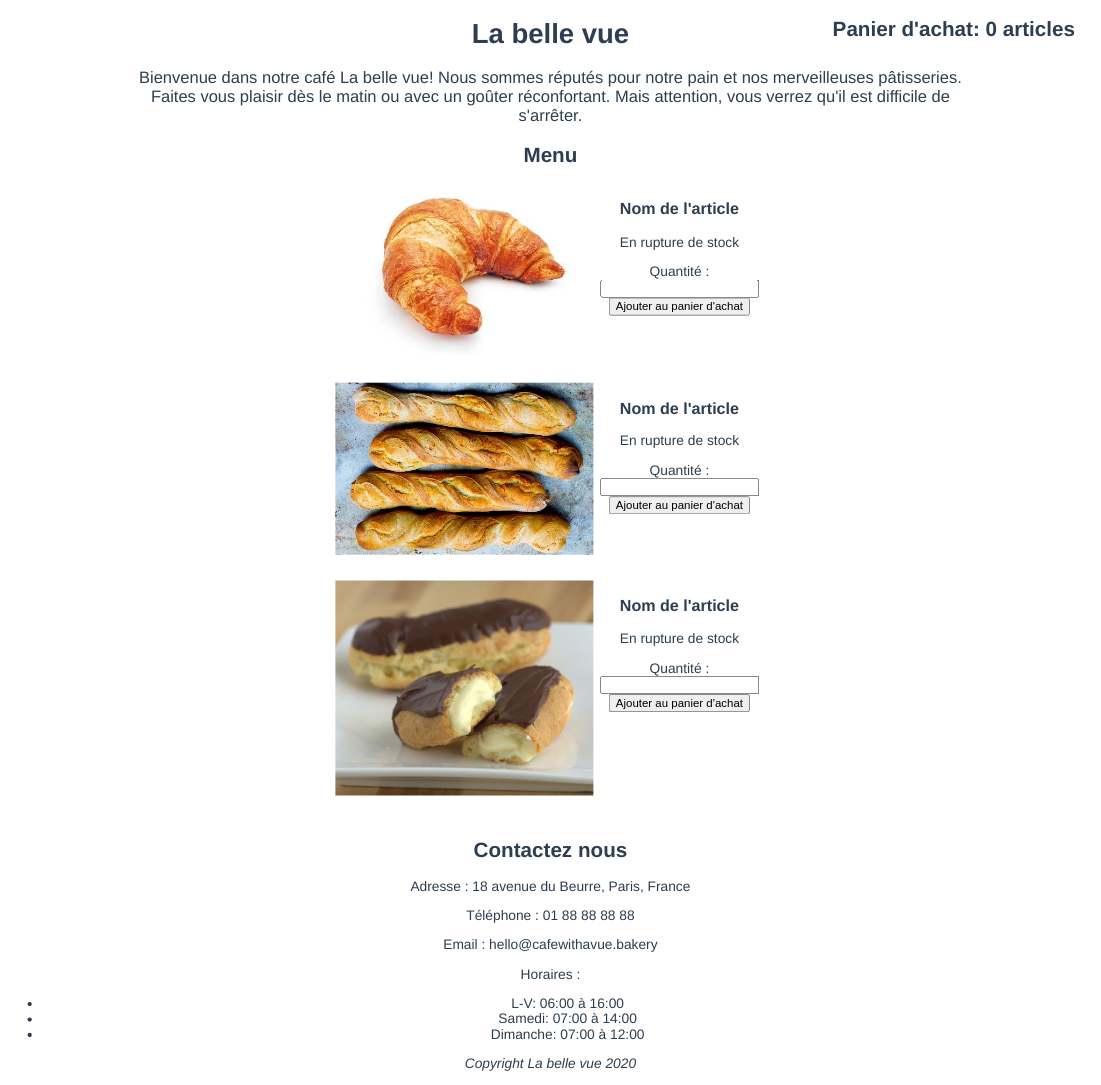
Repository: arione15/OC-tuto_cafe-avec-vue_Vue.js
Page: Partie 1 Créez votre première app Vue.js/Vue-fr-P1C4-Begin/cafe-with-a-vue/index.html
An editor plug-in stored every save of this project. The page is shown before and after the next save, followed by the edit.
The browser window is 1280 px wide. The pictures show the whole page, at 86% of full size.

Above is the page before, as saved 2021-09-06 16:21:16.

After the next save:
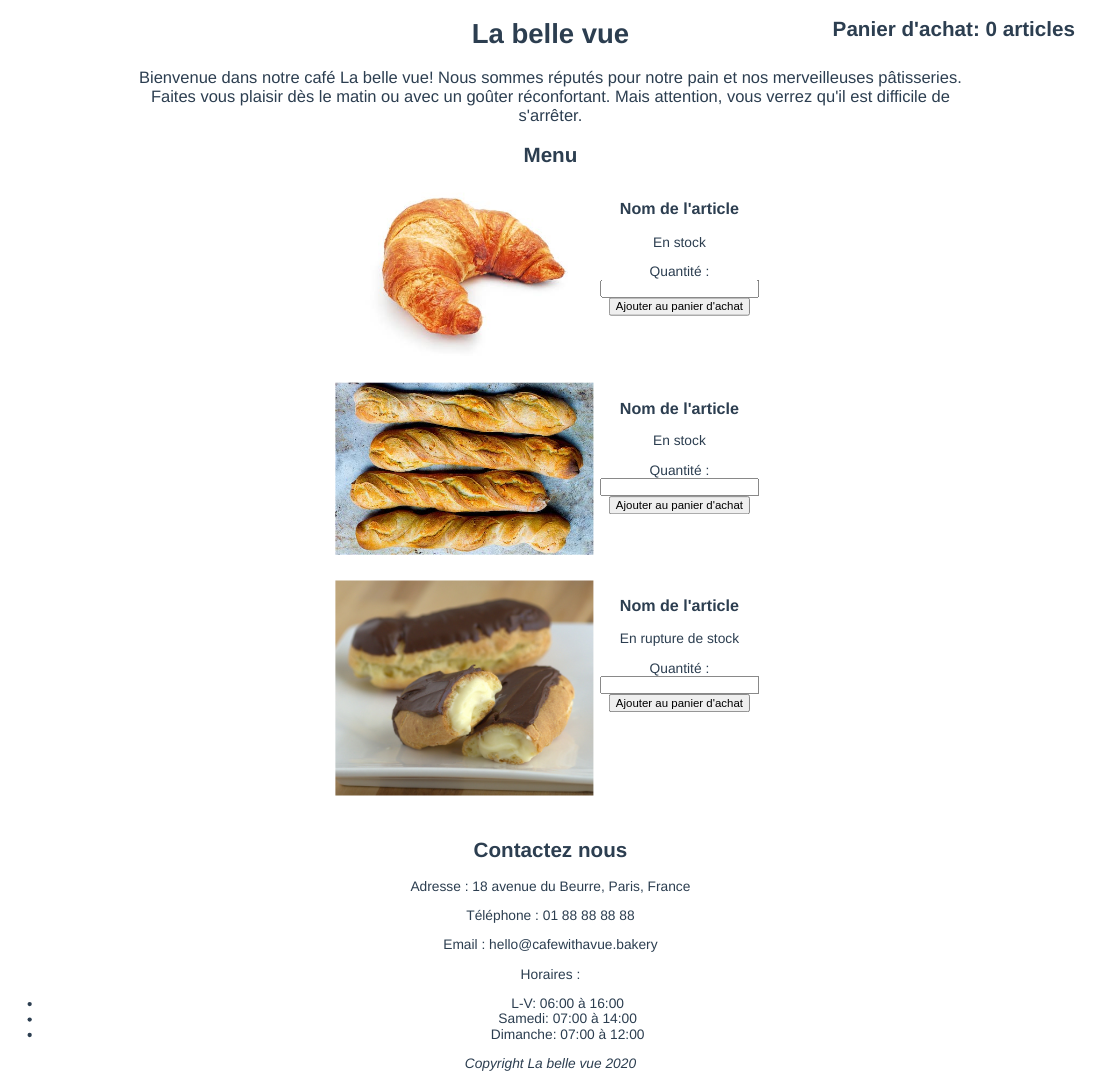
Saved 5 s later.
--- a/Partie 1 Créez votre première app Vue.js/Vue-fr-P1C4-Begin/cafe-with-a-vue/index.html
+++ b/Partie 1 Créez votre première app Vue.js/Vue-fr-P1C4-Begin/cafe-with-a-vue/index.html
@@ -29,7 +29,7 @@
 				/>
 				<div>
 					<h3>Nom de l'article</h3>
-					<p v-if="ite">En stock</p>
+					<p v-if="item.inStock">En stock</p>
 					<p v-else>En rupture de stock</p>
 					<div>
 						<label for="add-item-quantity">Quantité :</label>
